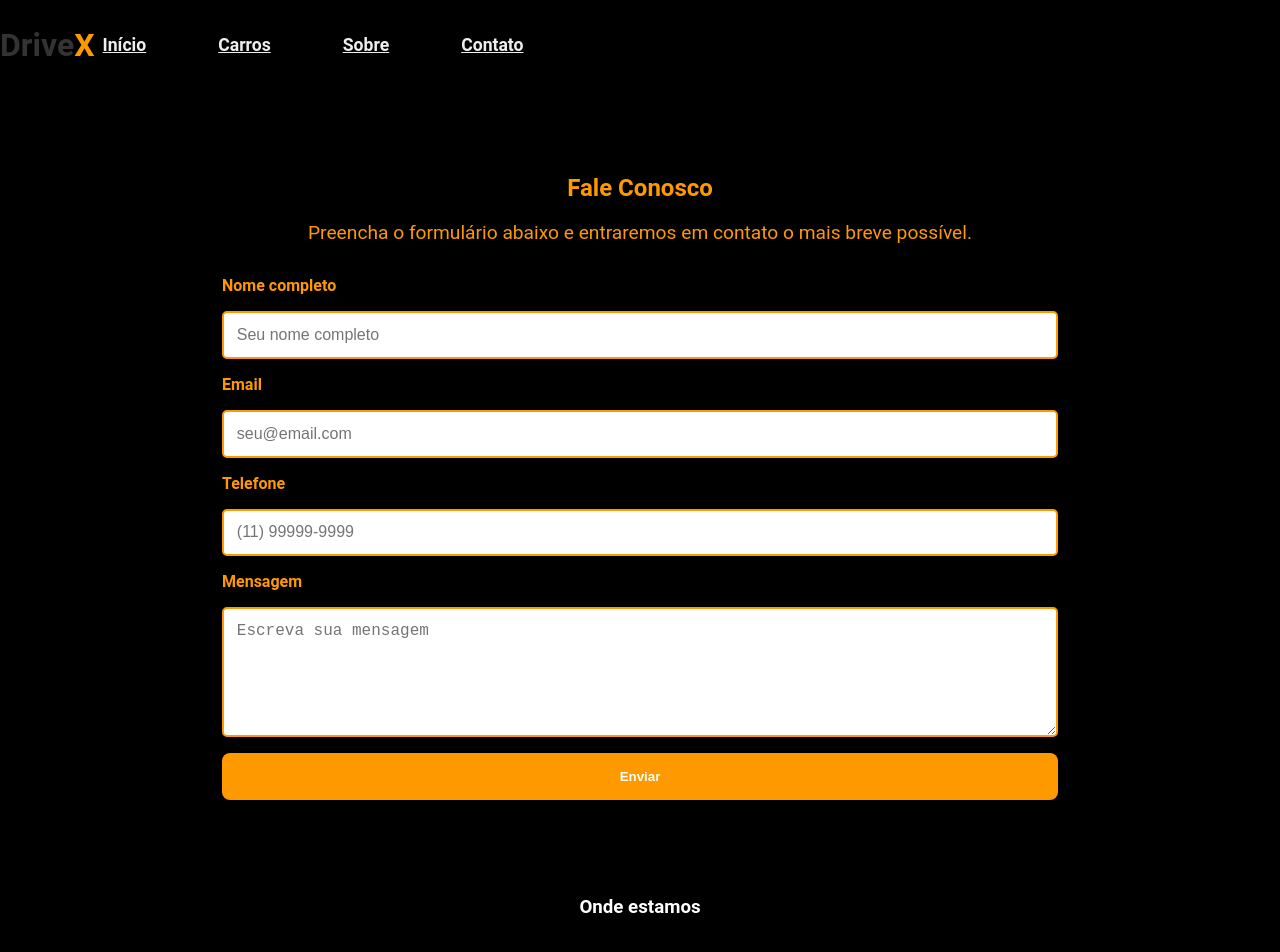
Repository: Mateushlp/DriveX
Page: contato.html
These files come from the project's save history. The page is drawn as it stood at one moment and after a run of saves; the edit follows.
The browser window is 1280 px wide. The pictures show the part of the page from y = 0 to 952 px (the page is 1433 px tall).
Pictures or frames that could not be fetched are drawn as grey boxes.

Above is the page before, as saved 2025-06-23 22:50:01.

### contato.html
<!DOCTYPE html>
<html lang="pt-BR">
<head>
  <meta charset="UTF-8" />
  <meta name="viewport" content="width=device-width, initial-scale=1" />
  <title>DriveX - Contato</title>
  <link rel="stylesheet" href="contatos.css" />
</head>
<body>
  <header class="cabecalho">
    <div class="container">
      <h1>Drive<strong>X</strong></h1>
      <nav>
      <nav>
      <ul class="menu">
        <li><a href="index.html">Início</a></li>
        <li><a href="carros.html">Carros</a></li>
        <li><a href="sobre.html">Sobre</a></li>
        <li><a href="contato.html" class="ativo">Contato</a></li>
      </ul>
    </nav>
    </div>
  </header>

  <main>
    <section class="contato-section">
      <h2>Fale Conosco</h2>
      <p>Preencha o formulário abaixo e entraremos em contato o mais breve possível.</p>

      <form id="form-contato">
        <label for="nome">Nome completo</label>
        <input type="text" id="nome" name="nome" required placeholder="Seu nome completo" />

        <label for="email">Email</label>
        <input type="email" id="email" name="email" required placeholder="seu@email.com" />

        <label for="telefone">Telefone</label>
        <input type="tel" id="telefone" name="telefone" placeholder="(11) 99999-9999" />

        <label for="mensagem">Mensagem</label>
        <textarea id="mensagem" name="mensagem" rows="5" required placeholder="Escreva sua mensagem"></textarea>

        <button type="submit" class="btn-enviar">Enviar</button>
      </form>

      <p id="resposta-contato" class="resposta"></p>
    </section>

    <section class="mapa-section">
      <h3>Onde estamos</h3>
      <iframe
        src="https://www.google.com/maps/embed?pb=!1m18!1m12!1m3!1d3656.910621564848!2d-46.65915618444137!3d-23.564723284678864!2m3!1f0!2f0!3f0!3m2!1i1024!2i768!4f13.1!3m3!1m2!1s0x94ce59b1ee1e495b%3A0x3995f41db290dede!2sAv.%20Paulista%2C%201313%20-%20Bela%20Vista%2C%20S%C3%A3o%20Paulo%20-%20SP!5e0!3m2!1spt-BR!2sbr!4v1687206503256!5m2!1spt-BR!2sbr"
        width="600"
        height="450"
        style="border:0;"
        allowfullscreen=""
        loading="lazy"
        referrerpolicy="no-referrer-when-downgrade"
      ></iframe>
    </section>
  </main>

  <footer class="rodape">
    <p>&copy; 2025 DriveX. Todos os direitos reservados.</p>
    <p>Contato: contato@drivex.com | (11) 99999-9999</p>
  </footer>

  <script src="contato.js"></script>
</body>
</html>

### contatos.css
body {
  font-family: 'Roboto', sans-serif;
  background: #f4f4f4;
  margin: 0;
  color: #333;
  background:#000
}


.cabecalho,
.container {
  display: flex;
  justify-content: space-between;
  align-items: center;
}

.menu {
  display: flex;
  justify-content: center;
  gap: 3.5rem;
  padding: 1.2rem 0;
  list-style: none;
}

.menu li a {
  color: #eee;
  font-weight: 700;
  font-size: 1.1rem;
  padding: 0.3rem 0.5rem;
  border-radius: 6px;
  transition: background-color 0.3s ease, color 0.3s ease;
}

.menu li a:hover {
  background-color: #ff6f00;
  color: #222;
  box-shadow: 0 2px 10px rgba(255, 111, 0, 0.6);
}

main {
  max-width: 900px;
  margin: 2rem auto;
  padding: 0 1rem;
}

.contato-section {
  background: #000;
  padding: 2rem;
  border-radius: 10px;
  box-shadow: 0 4px 10px rgba(0,0,0,0.1);
  margin-bottom: 2rem;
}

label{
    color: #f90;
}


.contato-section h2 {
  margin-bottom: 1rem;
  text-align: center;
  color: #f90;
}

.contato-section p {
  margin-bottom: 2rem;
  text-align: center;
  color: #f90;
  font-size: 1.2rem;
}

form {
  display: flex;
  flex-direction: column;
  gap: 1rem;
}

label {
  font-weight: 600;
}

input[type="text"],
input[type="email"],
input[type="tel"],
textarea {
  padding: 0.8rem;
  border-radius: 5px;
  border: 2px solid #f90;
  font-size: 1rem;
  resize: vertical;
}

textarea {
  min-height: 100px;
  color: #000;
}

.btn-enviar {
  background-color: #f90;
  color: #fff;
  border: none;
  padding: 1rem;
  border-radius: 8px;
  font-weight: bold;
  cursor: pointer;
  transition: background-color 0.3s;
}

.btn-enviar:hover {
  background-color: #f53340;
}

.resposta {
  margin-top: 1rem;
  font-weight: 600;
  color: green;
  text-align: center;
}

.mapa-section {
  text-align: center;
}

.mapa-section h3 {
  margin-bottom: 1rem;
  color: #fff;
}

iframe {
  width: 100%;
  max-width: 600px;
  height: 400px;
  border: none;
  border-radius: 10px;
}

.rodape {
  margin-top: 1rem;
  color: #fff;
  font-size: 0.9rem;
}

/* Responsivo */
@media (max-width: 600px) {
  .container {
    flex-direction: column;
    gap: 1rem;
  }
}

strong {
  color: #f90;
}

### contato.js
const formContato = document.getElementById('form-contato');
const respostaContato = document.getElementById('resposta-contato');

formContato.addEventListener('submit', (e) => {
  e.preventDefault();

  const nome = formContato.nome.value.trim();
  const email = formContato.email.value.trim();
  const telefone = formContato.telefone.value.trim();
  const mensagem = formContato.mensagem.value.trim();

  if(!nome || !email || !mensagem){
    respostaContato.style.color = 'red';
    respostaContato.textContent = 'Por favor preencha os campos obrigatórios: nome, email e mensagem.';
    return;
  }

  // Aqui você pode fazer um envio via fetch/ajax se quiser ou só mostrar a mensagem de sucesso
  respostaContato.style.color = 'green';
  respostaContato.textContent = `Obrigado ${nome} pelo contato. Responderemos em breve!`;

  formContato.reset();
});

After the next 5 saves:
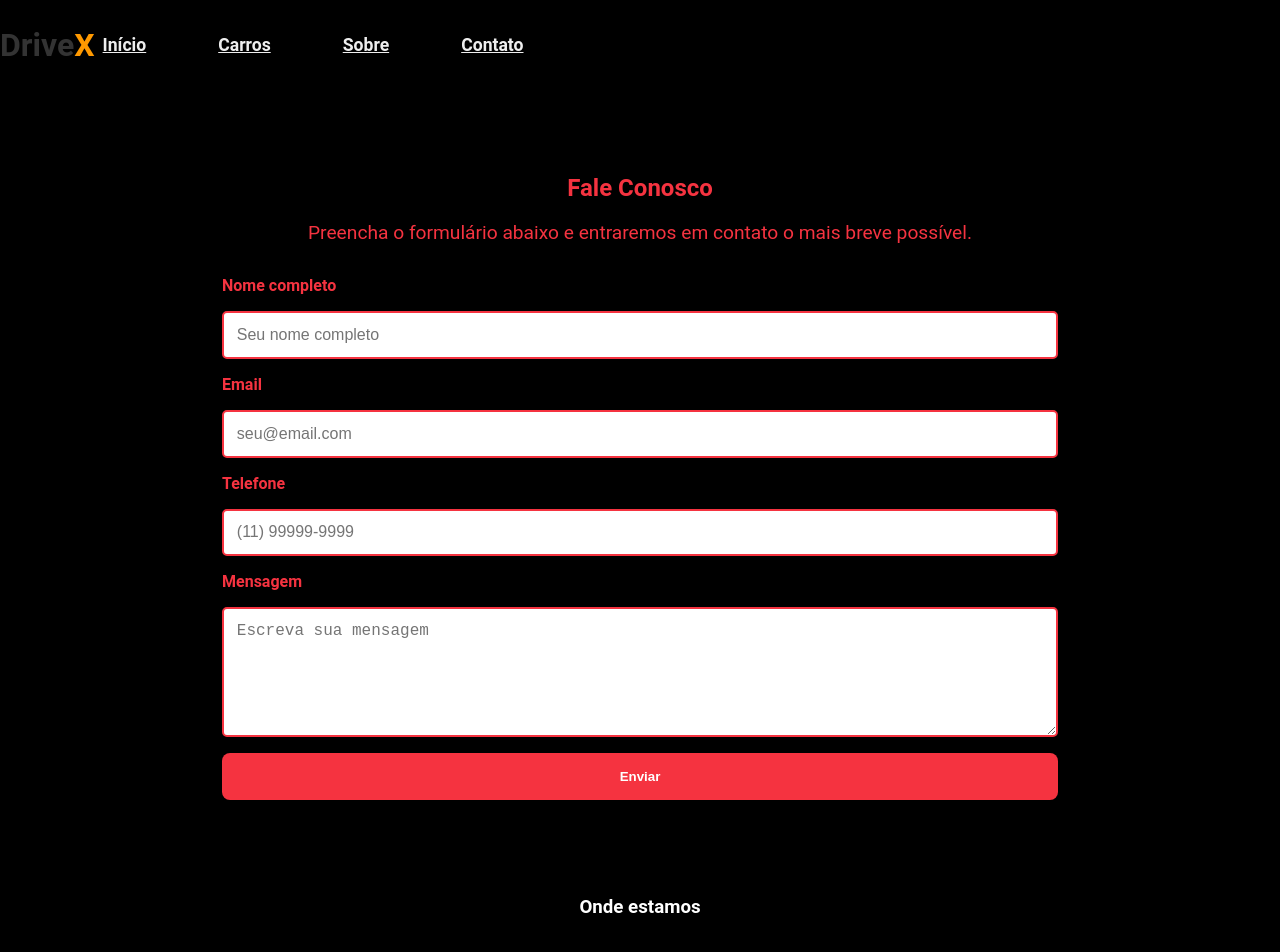
The 5 saves are shown as one change because they came seconds apart.
The last was saved 15 s later.
--- a/contatos.css
+++ b/contatos.css
@@ -52,20 +52,20 @@
 }
 
 label{
-    color: #f90;
+    color: #f53340;
 }
 
 
 .contato-section h2 {
   margin-bottom: 1rem;
   text-align: center;
-  color: #f90;
+  color: #f53340;
 }
 
 .contato-section p {
   margin-bottom: 2rem;
   text-align: center;
-  color: #f90;
+  color: #f53340;
   font-size: 1.2rem;
 }
 
@@ -85,7 +85,7 @@
 textarea {
   padding: 0.8rem;
   border-radius: 5px;
-  border: 2px solid #f90;
+  border: 2px solid #f53340;
   font-size: 1rem;
   resize: vertical;
 }
@@ -96,7 +96,7 @@
 }
 
 .btn-enviar {
-  background-color: #f90;
+  background-color: #f53340;
   color: #fff;
   border: none;
   padding: 1rem;
